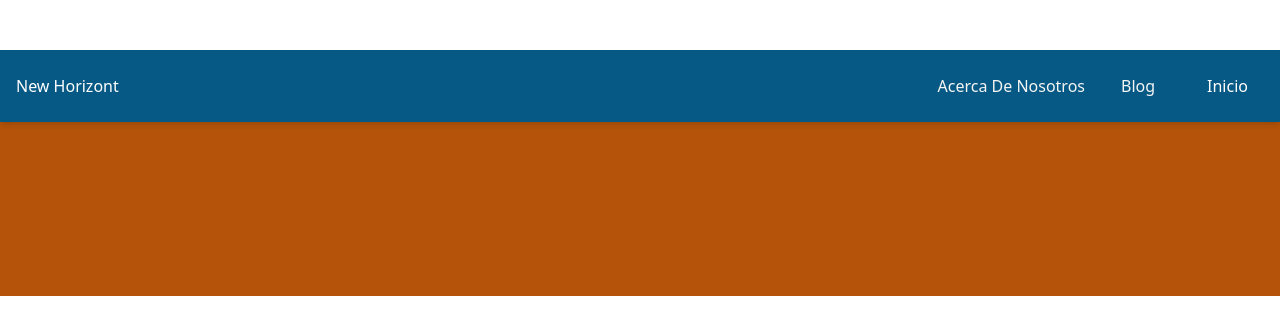
Repository: jefrydep/new-horizont-school
Page: /home
An editor plug-in stored every save of this project. The page is shown before and after the next save, followed by the edit.
The browser window is 1280 px wide. The pictures show the whole page.
The project was rebuilt for these pictures with package versions that can differ from the ones it lists, and the page was loaded fresh each time. The framework's server and built-in components were replaced by stand-ins that run in the browser. Also part of the build but not shown: next.config.ts.

Above is the page before, as saved 2024-11-07 20:18:37.

After the next save:
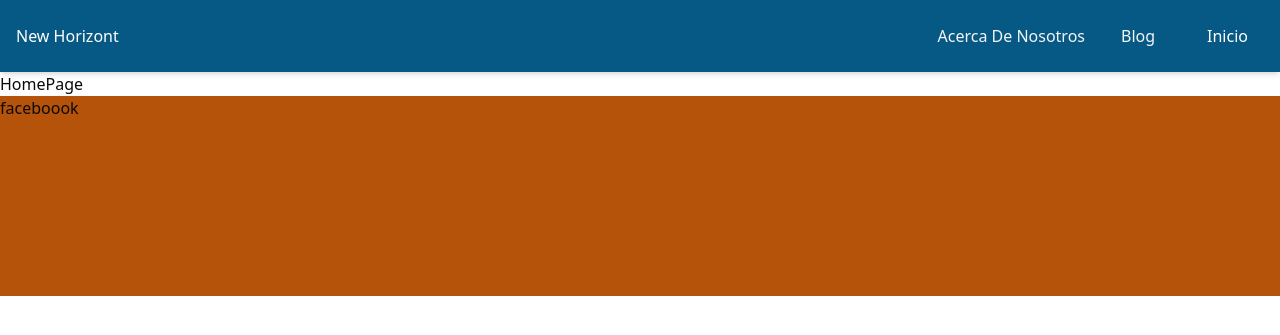
Saved 10 s later.
--- a/src/components/Navbar.tsx
+++ b/src/components/Navbar.tsx
@@ -7,7 +7,7 @@ export default function Navbar() {
   const [isOpen, setIsOpen] = useState<boolean>(false);
 
   return (
-    <header className="bg-sky-800 shadow-md sticky top-[50px] z-20 w-full  ">
+    <header className="bg-sky-800 shadow-md sticky  z-20 w-full  ">
       <div className="flex justify-between items-center    m-auto container px-4 py-2">
         <div className="text-white">New Horizont</div>
         <nav className="outline-none hidden    sm:flex gap-9 items-center  list-none">
